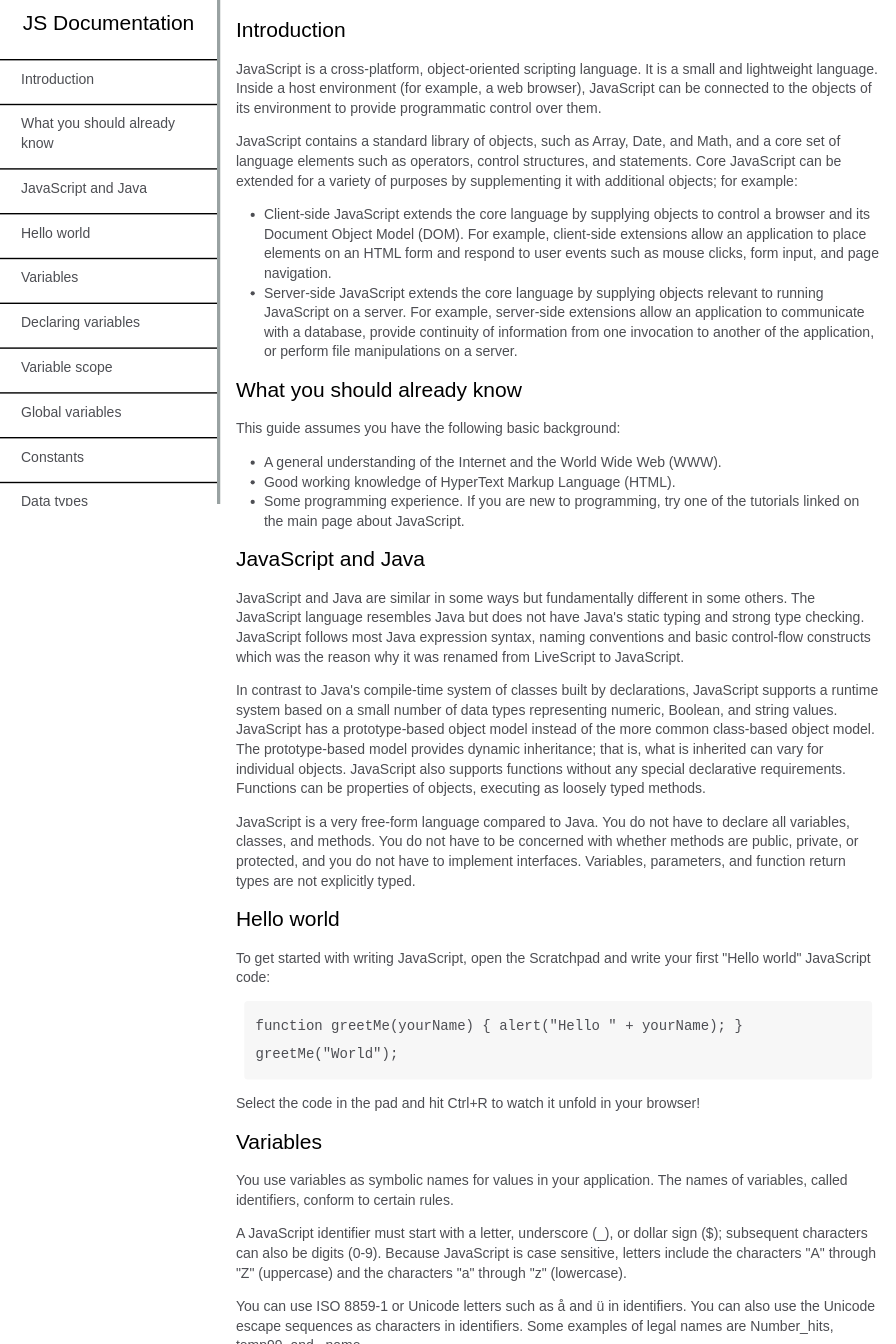
Repository: Lungdjos/technical_document_page_certificate
Page: index.html
An editor plug-in stored every save of this project. The page is shown before and after the next save, followed by the edit.
The browser window is 1280 px wide. The pictures show the part of the page from y = 0 to 1920 px (the page is 7768 px tall), at 70% of full size.

Above is the page before, as saved 2023-11-21 22:55:34.

### index.html
<!DOCTYPE html>
<html lang="en">

<head>
    <meta charset="UTF-8">
    <meta name="viewport" content="width=device-width, initial-scale=1.0">
    <title>Technical Document</title>
    <link rel="stylesheet" href="./styles.css">
</head>

<body>
    <nav id="nav-bar">
        <header>JS Documentation</header>
        <ul>
            <li>
                <a href="#Introduction" class="nav-link">Introduction</a>
            </li>
            <li>
                <a href="#What_you_should_already_know" class="nav-link">What you should already know</a>
            </li>
            <li>
                <a href="#JavaScript_and_Java" class="nav-link">JavaScript and Java</a>
            </li>
            <li>
                <a href="#Hello_world" class="nav-link">Hello world</a>
            </li>
            <li>
                <a href="#Variables" class="nav-link">Variables</a>
            </li>
            <li>
                <a href="#Declaring_variables" class="nav-link">Declaring variables</a>
            </li>
            <li>
                <a href="#Variable_scope" class="nav-link">Variable scope</a>
            </li>
            <li>
                <a href="#Global_variables" class="nav-link">Global variables</a>
            </li>
            <li>
                <a href="#Constants" class="nav-link">Constants</a>
            </li>
            <li>
                <a href="#Data_types" class="nav-link">Data types</a>
            </li>
            <li>
                <a href="#if...else_statement" class="nav-link">if...else statement</a>
            </li>
            <li>
                <a href="#while_statement" class="nav-link">while statement</a>
            </li>
            <li>
                <a href="#Function_declarations" class="nav-link">Function declarations</a>
            </li>
            <li>
                <a href="#Reference" class="nav-link">Reference</a>
            </li>
        </ul>
    </nav>
    <main id="main-doc">
        <section class="main-section" id="Introduction">
            <header id="">Introduction</header>
            <p>JavaScript is a cross-platform, object-oriented scripting language. It is a small and lightweight language. Inside a host environment (for example, a web browser), JavaScript can be connected to the objects of its environment to provide programmatic
                control over them.</p>
            <p>JavaScript contains a standard library of objects, such as Array, Date, and Math, and a core set of language elements such as operators, control structures, and statements. Core JavaScript can be extended for a variety of purposes by supplementing
                it with additional objects; for example:
                <ul>
                    <li>Client-side JavaScript extends the core language by supplying objects to control a browser and its Document Object Model (DOM). For example, client-side extensions allow an application to place elements on an HTML form and respond
                        to user events such as mouse clicks, form input, and page navigation.</li>
                    <li>Server-side JavaScript extends the core language by supplying objects relevant to running JavaScript on a server. For example, server-side extensions allow an application to communicate with a database, provide continuity of information
                        from one invocation to another of the application, or perform file manipulations on a server.</li>
                </ul>
            </p>

        </section>
        <section class="main-section" id="What_you_should_already_know">
            <header id="">What you should already know</header>
            <p>This guide assumes you have the following basic background:
                <ul>
                    <li>A general understanding of the Internet and the World Wide Web (WWW).</li>
                    <li>Good working knowledge of HyperText Markup Language (HTML).</li>
                    <li>Some programming experience. If you are new to programming, try one of the tutorials linked on the main page about JavaScript.</li>
                </ul>
            </p>

        </section>
        <section class="main-section" id="JavaScript_and_Java">
            <header id="">JavaScript and Java</header>
            <p>JavaScript and Java are similar in some ways but fundamentally different in some others. The JavaScript language resembles Java but does not have Java's static typing and strong type checking. JavaScript follows most Java expression syntax,
                naming conventions and basic control-flow constructs which was the reason why it was renamed from LiveScript to JavaScript.</p>
            <p>In contrast to Java's compile-time system of classes built by declarations, JavaScript supports a runtime system based on a small number of data types representing numeric, Boolean, and string values. JavaScript has a prototype-based object
                model instead of the more common class-based object model. The prototype-based model provides dynamic inheritance; that is, what is inherited can vary for individual objects. JavaScript also supports functions without any special declarative
                requirements. Functions can be properties of objects, executing as loosely typed methods.</p>
            <p>JavaScript is a very free-form language compared to Java. You do not have to declare all variables, classes, and methods. You do not have to be concerned with whether methods are public, private, or protected, and you do not have to implement
                interfaces. Variables, parameters, and function return types are not explicitly typed.</p>
        </section>
        <section class="main-section" id="Hello_world">
            <header id="">Hello world</header>
            <p>
                To get started with writing JavaScript, open the Scratchpad and write your first "Hello world" JavaScript code:</p>
            <code>function greetMe(yourName) { alert("Hello " + yourName); }
                greetMe("World");</code>
            <p>Select the code in the pad and hit Ctrl+R to watch it unfold in your browser!</p>
        </section>
        <section class="main-section" id="Variables">
            <header id="">Variables</header>
            <p>You use variables as symbolic names for values in your application. The names of variables, called identifiers, conform to certain rules.</p>
            <p>A JavaScript identifier must start with a letter, underscore (_), or dollar sign ($); subsequent characters can also be digits (0-9). Because JavaScript is case sensitive, letters include the characters "A" through "Z" (uppercase) and the
                characters "a" through "z" (lowercase).</p>
            <p>You can use ISO 8859-1 or Unicode letters such as å and ü in identifiers. You can also use the Unicode escape sequences as characters in identifiers. Some examples of legal names are Number_hits, temp99, and _name.</p>
        </section>
        <section class="main-section" id="Declaring_variables">
            <header id="">Declaring variables</header>
            <p>You can declare a variable in three ways:</p>
            <p>With the keyword var. For example,</p>
            <code>var x = 42.</code>
            <p>This syntax can be used to declare both local and global variables.</p>
            <p>By simply assigning it a value. For example,</p>
            <code>x = 42.</code><br>
            <p>This always declares a global variable. It generates a strict JavaScript warning. You shouldn't use this variant.</p>
            <p>With the keyword let. For example,</p>
            <code>let y = 13.</code>
            <p>This syntax can be used to declare a block scope local variable. See Variable scope below.</p>
        </section>
        <section class="main-section" id="Variable_scope">
            <header id="">Variable scope</header>
            <p>When you declare a variable outside of any function, it is called a global variable, because it is available to any other code in the current document. When you declare a variable within a function, it is called a local variable, because it
                is available only within that function.</p>
            <p>JavaScript before ECMAScript 2015 does not have block statement scope; rather, a variable declared within a block is local to the function (or global scope) that the block resides within. For example the following code will log 5, because
                the scope of x is the function (or global context) within which x is declared, not the block, which in this case is an if statement.</p>
            <code>if (true) { var x = 5; } console.log(x); // 5</code>
            <p>This behavior changes, when using the let declaration introduced in ECMAScript 2015.</p>
            <code>if (true) { let y = 5; } console.log(y); // ReferenceError: y is
                not defined</code>
        </section>
        <section class="main-section" id="Global_variables">
            <header id="">Global variables</header>
            <p>Global variables are in fact properties of the global object. In web pages the global object is window, so you can set and access global variables using the window.variable syntax.</p>
            <p>Consequently, you can access global variables declared in one window or frame from another window or frame by specifying the window or frame name. For example, if a variable called phoneNumber is declared in a document, you can refer to this
                variable from an iframe as parent.phoneNumber.</p>
        </section>
        <section class="main-section" id="Constants">
            <header id="">Constants</header>
            <p>You can create a read-only, named constant with the const keyword. The syntax of a constant identifier is the same as for a variable identifier: it must start with a letter, underscore or dollar sign and can contain alphabetic, numeric, or
                underscore characters.</p>
            <code>const PI = 3.14;</code>
            <p>A constant cannot change value through assignment or be re-declared while the script is running. It has to be initialized to a value.</p>
            <p>The scope rules for constants are the same as those for let block scope variables. If the const keyword is omitted, the identifier is assumed to represent a variable.</p>
            <p>You cannot declare a constant with the same name as a function or variable in the same scope. For example:</p>
            <code>// THIS WILL CAUSE AN ERROR function f() {}; const f = 5; // THIS
                WILL CAUSE AN ERROR ALSO function f() { const g = 5; var g;
                //statements }</code>
            <p>However, object attributes are not protected, so the following statement is executed without problems.</p>
            <code>const MY_OBJECT = {"key": "value"}; MY_OBJECT.key =
                "otherValue";</code>
        </section>
        <section class="main-section" id="Data_types">
            <header id="">Data types</header>
            <p>The latest ECMAScript standard defines seven data types:
                <ul>
                    <li>Six data types that are primitives:
                        <ul>
                            <li>Boolean. true and false.</li>
                            <li>null. A special keyword denoting a null value. Because JavaScript is case-sensitive, null is not the same as Null, NULL, or any other variant.</li>
                            <li>undefined. A top-level property whose value is undefined.</li>
                            <li>Number. 42 or 3.14159.</li>
                            <li>String. "Howdy"</li>
                            <li>Symbol (new in ECMAScript 2015). A data type whose instances are unique and immutable.</li>
                        </ul>
                    </li>
                    <li>and Object</li>
                </ul>
            </p>
            <p>Although these data types are a relatively small amount, they enable you to perform useful functions with your applications. Objects and functions are the other fundamental elements in the language. You can think of objects as named containers
                for values, and functions as procedures that your application can perform.</p>
        </section>
        <section class="main-section" id="if...else_statement">
            <header id="">if...else statement</header>
            <p>Use the if statement to execute a statement if a logical condition is true. Use the optional else clause to execute a statement if the condition is false. An if statement looks as follows:</p>
            <code>if (condition) { statement_1; } else { statement_2; }</code>
            <p>condition can be any expression that evaluates to true or false. See Boolean for an explanation of what evaluates to true and false. If condition evaluates to true, statement_1 is executed; otherwise, statement_2 is executed. statement_1 and
                statement_2 can be any statement, including further nested if statements.</p>
            <p>You may also compound the statements using else if to have multiple conditions tested in sequence, as follows:</p>
            <code>if (condition_1) { statement_1; } else if (condition_2) {
                statement_2; } else if (condition_n) { statement_n; } else {
                statement_last; }</code>
            <p>In the case of multiple conditions only the first logical condition which evaluates to true will be executed. To execute multiple statements, group them within a block statement ({ ... }) . In general, it's good practice to always use block
                statements, especially when nesting if statements:</p>
            <code>if (condition) { statement_1_runs_if_condition_is_true;
                statement_2_runs_if_condition_is_true; } else {
                statement_3_runs_if_condition_is_false;
                statement_4_runs_if_condition_is_false; }</code>
            <p>It is advisable to not use simple assignments in a conditional expression, because the assignment can be confused with equality when glancing over the code. For example, do not use the following code:</p>
            <code>if (x = y) { /* statements here */ }</code>
            <p>If you need to use an assignment in a conditional expression, a common practice is to put additional parentheses around the assignment. For example:</p>
            <code>if ((x = y)) { /* statements here */ }</code>
        </section>
        <section class="main-section" id="while_statement">
            <header id="">while statement</header>
            <p>A while statement executes its statements as long as a specified condition evaluates to true. A while statement looks as follows:</p>
            <code>while (condition) statement</code>
            <p>If the condition becomes false, statement within the loop stops executing and control passes to the statement following the loop.</p>
            <p>The condition test occurs before statement in the loop is executed. If the condition returns true, statement is executed and the condition is tested again. If the condition returns false, execution stops and control is passed to the statement
                following while.</p>
            <p>To execute multiple statements, use a block statement ({ ... }) to group those statements.</p>
            <p>Example: <br> The following while loop iterates as long as n is less than three:</p>
            <code>var n = 0; var x = 0; while (n < 3) { n++; x += n; }</code>
            <p>With each iteration, the loop increments n and adds that value to x. Therefore, x and n take on the following values:
                <ul>
                    <li>After the first pass: n = 1 and x = 1</li>
                    <li>After the second pass: n = 2 and x = 3</li>
                    <li>After the third pass: n = 3 and x = 6</li>
                </ul>
            </p>
            <p>After completing the third pass, the condition n
                < 3 is no longer true, so the loop terminates.</p>
        </section>
        <section class="main-section" id="Function_declarations">
            <header id="">Function declarations</header>
            <p>A function definition (also called a function declaration, or function statement) consists of the function keyword, followed by:
                <ul>
                    <li>The name of the function.</li>
                    <li>A list of arguments to the function, enclosed in the parentheses and separated by commas.</li>
                    <li>The JavaScript statement that defines the function, enclosed in curly brackets, {}.</li>
                </ul>
            </p>
            <p>For example, the following code defines a simple function named square:</p>
            <code>function square(number) { return number * number; }</code>
            <p>The function square takes one argument, called number. The function consists of one statement that says to return the argument of the function (that is, number) multiplied by itself. The return statement specifies the value returned by the
                function.
            </p>
            <code>return number * number;</code>
            <p>Primitive parameters (such as a number) are passed to functions by value; the value is passed to the function, but if the function changes the value of the parameter, this change is not reflected globally or in the calling function.</p>
        </section>
        <section class="main-section" id="Reference">
            <header id="">Reference</header>
            <ul>
                <li>All the documentation in this page is taken from
                    <a href="https://developer.mozilla.org/en-US/docs/Web/JavaScript/Guide" target="_blank">MDN</a>
                </li>
            </ul>
        </section>
    </main>
</body>

</html>

### styles.css
/* A technical document page stylings */

html {
    box-sizing: border-box;
}

header {
    font-size: 30px;
    font-weight: thin;
    margin: 12px;
    text-align: center;
    color: #000;
}

body {
    font-family: Arial, Helvetica, sans-serif;
    font-size: 20px;
    margin: 0;
    line-height: 1.4;
    min-width: 280px;
    color: #4d4e53;
}


/* nav bar styling */

#nav-bar {
    position: fixed;
    border-right: 5px solid #99a2a2;
    height: 100%;
    width: 310px;
    left: 0;
    top: 0;
    min-width: 280px;
}

#nav-bar ul {
    height: 90%;
    padding: 0;
    overflow-y: auto;
    overflow-x: hidden;
}

#nav-bar li {
    border-top: 2px solid #000;
    margin-top: 10px;
    list-style: none;
    position: relative;
    color: #4d4e53;
}

#nav-bar a {
    display: block;
    padding: 12px 30px;
    text-decoration: none;
    cursor: pointer;
    color: #4d4e53;
}


/* body styling */

code {
    display: block;
    background-color: #f7f7f7;
    text-align: left;
    white-space: pre-line;
    position: relative;
    word-break: normal;
    word-wrap: normal;
    line-height: 2;
    padding: 16px;
    margin: 12px;
    border-radius: 5px;
}

#main-doc header {
    margin: 0;
    text-align: left;
}

#main-doc {
    position: absolute;
    margin-left: 315px;
    padding: 22px;
}

After the next save:
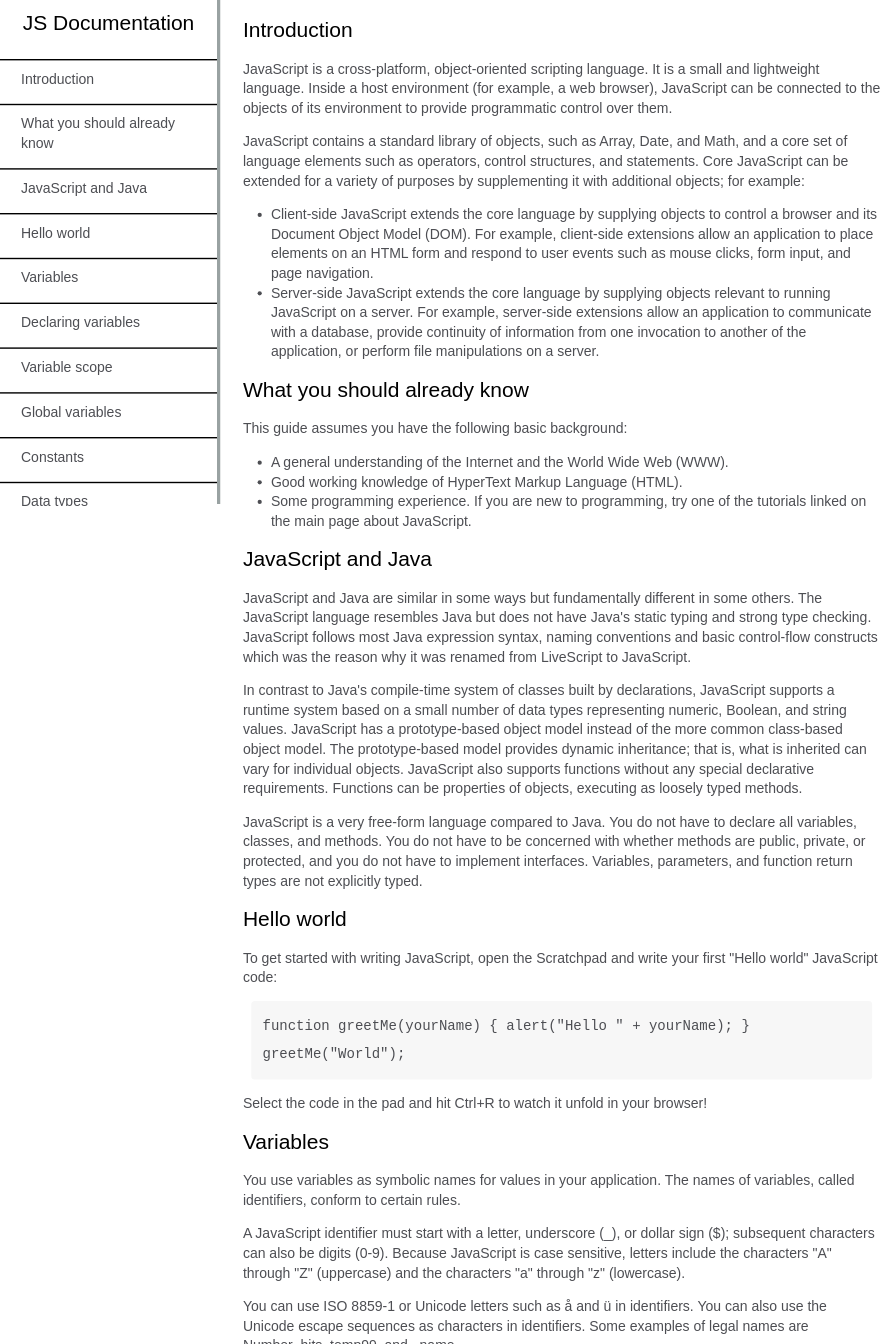
Saved 9 s later.
--- a/styles.css
+++ b/styles.css
@@ -81,6 +81,6 @@ code {
 
 #main-doc {
     position: absolute;
-    margin-left: 315px;
+    margin-left: 325px;
     padding: 22px;
 }
